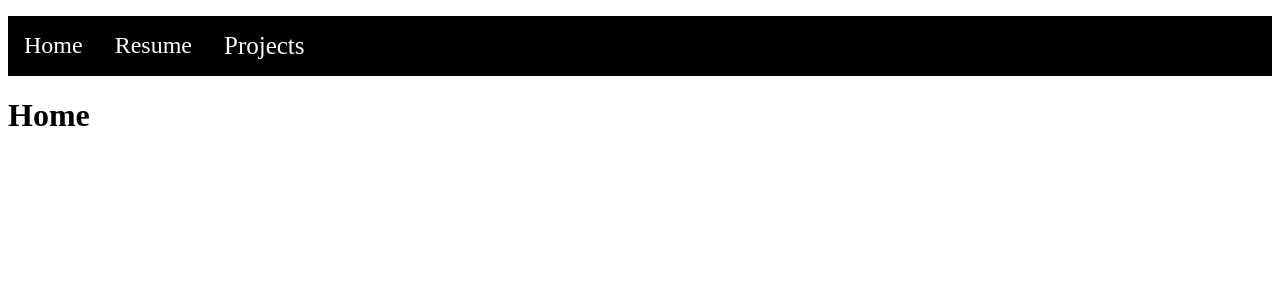
Repository: GunnarStone/GunnarStone.github.io
Page: index.html
The author's editor kept a record of every edit. The page is drawn from the files as they stood at one moment, then again after the next edit.
The browser window is 1280 px wide. The pictures show the whole page.

Above is the page before.

### index.html
<!DOCTYPE html>
<html>
<head>
<title>Home</title>
<style>
    .navbar {
        list-style:none;
        background-color:Black;
        overflow: hidden;
        padding:0;
    }
    .navbar a{
        text-decoration:none;
        color:white;
        font-size:24px;
        padding:16px;
        display: inline-block;
    }
    .navbar li{
        float:left;
        border-radius: 5px;
    }
    .navbar li:hover{
        background-color:Black;
    }
    .dropdown-cnt{
        list-style:none;
        padding:0;
        display:none;
    }
    .dropdown-cnt li{
        float:none;
        padding:0;
    }
    .navbar a, dropdown div {
        text-decoration:none;
        color:white;
        font-size:24px;
        padding:16px;
        display: inline-block;
    }
    .youre-Special{
        font-size: 25px;
        padding:16px;
        color:white;
        display:inline-block;
    }
    .dropdown:hover .dropdown-cnt{
        display:block;
    }
    .navbar a:hover{
        background-color:White;
        color:black;
    }
    .active {
        background-color:blue;
    }
</style>
</head>
<body>
    <ul class=navbar>
        <li><a href="index.html">Home</a></li>
        <li><a href="resume.html">Resume</a></li>
        <li class="dropdown">
            <div class="youre-Special" >Projects</div>
            <ul class="dropdown-cnt">
                <li><a href="#">Project One</a></li>
                <li><a href="#">Project Two</a></li>
                <li><a href="#">Project Three</a></li>
            </ul>
        </li>
    </ul>
    <h1>Home</h1>
<script>



</script>
</body>
</html>

After the next edit:
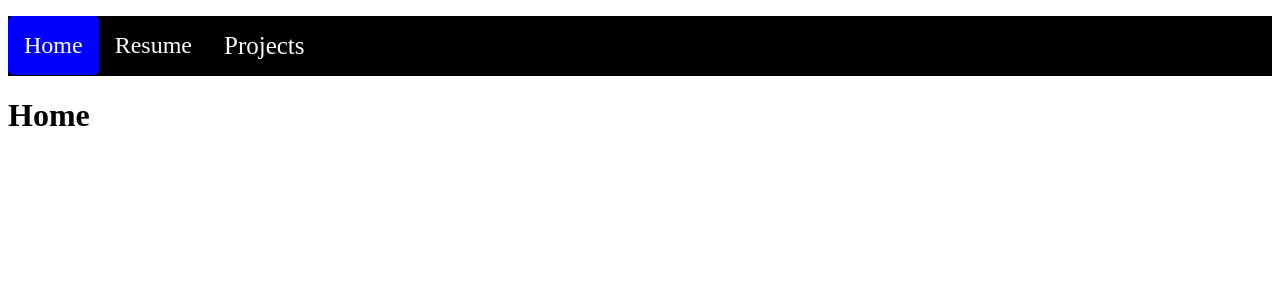
The edit:
--- a/index.html
+++ b/index.html
@@ -59,7 +59,7 @@
 </head>
 <body>
     <ul class=navbar>
-        <li><a href="index.html">Home</a></li>
+        <li class="active"><a href="index.html">Home</a></li>
         <li><a href="resume.html">Resume</a></li>
         <li class="dropdown">
             <div class="youre-Special" >Projects</div>
